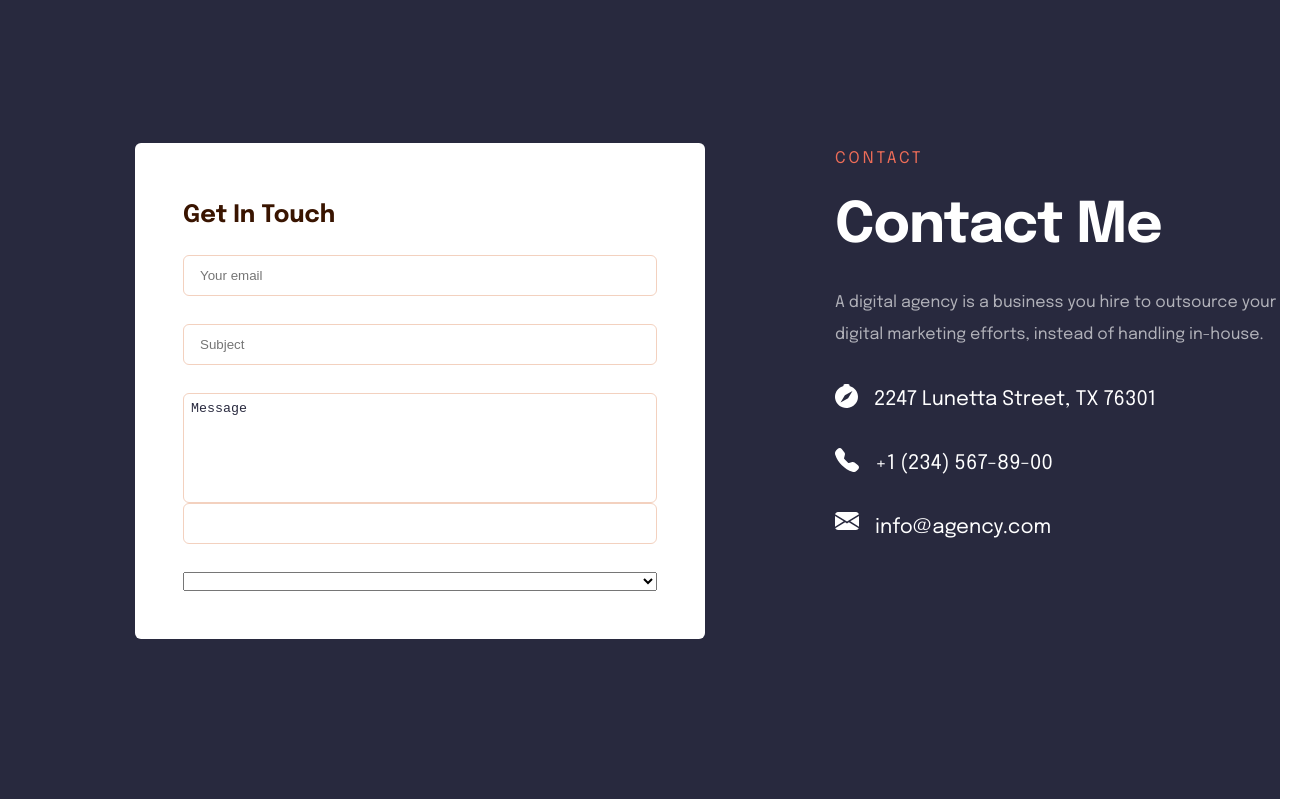
Repository: FaridRustamov09/task20
Page: index.html
An editor plug-in stored every save of this project. The page is shown before and after a run of saves, followed by the edit.
The browser window is 1280 px wide. The page is 1305 px wide, so the pictures cover 1305 px, including what lies to the right of the window. The pictures show the whole page.

Above is the page before, as saved 2024-01-13 14:41:29.

### index.html
<!DOCTYPE html>
<html lang="en">
  <head>
    <meta charset="UTF-8" />
    <meta name="viewport" content="width=device-width, initial-scale=1.0" />
    <title>Document</title>
    <link rel="stylesheet" href="index.css" />
  </head>
  <body>
    <div class="container">
      <div class="login">
        <b>Get In Touch</b>
        <input type="email" placeholder="Your email" />
        <!-- <label for="Subject">
      <select name="Subject" id="">
        <option value="Baku">Baku</option>
        <option value="Istanbul">Istanbul</option>
      </select>
      </label> -->
        <input type="text" placeholder="Subject" />
        <textarea name="" id=""  placeholder="Message" ></textarea>
        <input class="button" type="button" placeholder="Submit Now" />
        <select name="" id=""></select>
      </div>
      <div class="left-box">
        <h2>Contact</h2>
        <h1>Contact Me</h1>
        <p>
          A digital agency is a business you hire to outsource your digital
          marketing efforts, instead of handling in-house.
        </p>
        <ul>
          <li>
            <svg
              xmlns="http://www.w3.org/2000/svg"
              width="23"
              height="24"
              viewBox="0 0 23 24"
              fill="none"
            >
              <path
                fill-rule="evenodd"
                clip-rule="evenodd"
                d="M12.5128 23.9559C18.4476 23.4434 22.9991 18.5852 23 12.7619C22.9992 7.68681 19.5202 3.24133 14.5089 1.91219C14.6419 1.45966 14.5495 0.972375 14.2595 0.596433C13.9696 0.220491 13.5157 -0.000396111 13.034 0H9.9675C9.4858 -0.000396111 9.03192 0.220491 8.74193 0.596433C8.45195 0.972375 8.35958 1.45966 8.49253 1.91219C2.74205 3.43556 -0.865618 8.99957 0.179927 14.7325C1.22547 20.4654 6.57793 24.4683 12.5128 23.9559ZM17.4618 6.91176L17.465 6.90994L17.462 6.91144L17.4618 6.91176ZM17.4618 6.91176L9.87551 11.1479L5.53646 18.5674L13.126 14.3294L17.4618 6.91176Z"
                fill="white"
              />
            </svg>
            <h3>2247 Lunetta Street, TX 76301</h3>
          </li>
          <li>
            <svg
              xmlns="http://www.w3.org/2000/svg"
              width="24"
              height="24"
              viewBox="0 0 24 24"
              fill="none"
            >
              <path
                fill-rule="evenodd"
                clip-rule="evenodd"
                d="M2.82812 0.765296C3.35902 0.235151 4.09188 -0.0416708 4.84066 0.0050961C5.58945 0.051863 6.28217 0.417722 6.743 1.00981L9.43541 4.46897C9.92889 5.10349 10.1029 5.93003 9.9079 6.71007L9.08742 9.99522C9.00114 10.3413 9.10245 10.7073 9.35441 10.9598L13.0398 14.6454C13.2925 14.8979 13.6592 14.9993 14.0058 14.9124L17.2892 14.0919C18.0691 13.8969 18.8953 14.0711 19.5301 14.5644L22.989 17.2555C24.2324 18.2231 24.3464 20.0607 23.2335 21.1722L21.6825 22.7233C20.5726 23.8333 18.9136 24.3209 17.3672 23.7763C13.4091 22.3836 9.81531 20.1174 6.85249 17.146C3.88152 14.1834 1.61557 10.5899 0.222699 6.63206C-0.320284 5.08699 0.167201 3.42642 1.27717 2.31637L2.82812 0.765296Z"
                fill="white"
              />
            </svg>
            <h3>+1 (234) 567-89-00</h3>
          </li>
          <li>
            <svg
              xmlns="http://www.w3.org/2000/svg"
              width="24"
              height="18"
              viewBox="0 0 24 18"
              fill="none"
            >
              <path
                fill-rule="evenodd"
                clip-rule="evenodd"
                d="M3 0C1.60024 -9.42171e-05 0.386447 0.967828 0.075 2.3325L12 9.621L23.925 2.3325C23.6136 0.967828 22.3998 -9.42171e-05 21 0H3ZM0 14.7015V4.0455L8.7045 9.3645L0 14.7015ZM10.1415 10.245L0.2865 16.2855C0.78351 17.3335 1.84012 18.0011 3 18H21C22.1597 18.0003 23.2157 17.3321 23.712 16.284L13.857 10.2435L12 11.379L10.1415 10.2435V10.245ZM24 14.7015L15.2955 9.366V9.3645L24 4.0455V14.7015Z"
                fill="white"
              />
            </svg>
            <h3>info@agency.com</h3>
          </li>
        </ul>
      </div>
    </div>
  </body>
</html>

### index.css
@import url("https://fonts.googleapis.com/css2?family=Epilogue:ital,wght@0,400;0,700;1,800&family=Inter:wght@400;500;600;700&family=Roboto+Slab:wght@400;700&display=swap");
* {
  margin: 0;
  padding: 0;
  box-sizing: border-box;
}
.container {
  padding: 143px 135px 160px 135px;
  background-color: #28293e;
  min-height: 100vh;
  display: flex;
}
.login {
  width: 570px;
  height: 496px;
  border-radius: 6px;
  background: #fff;
  display: flex;
  flex-direction: column;
  padding: 57px 48px 48px 48px;
}
.login b {
  color: var(--Text_Dark, #391400);
  font-feature-settings:
    "clig" off,
    "liga" off;
  font-family: Epilogue;
  font-size: 24px;
  font-style: normal;
  font-weight: 700;
  line-height: 32px;
  margin-bottom: 23px;
}
.login input {
  width: 474px;
  height: 48px;
  border-radius: 6px;
  border: 1px solid #f3d1bf;
  background: #fff;
  margin-bottom: 28px;
  padding-left: 16px;
  outline: none;
}

textarea {
  width: 474px;
  height: 128px;
  border-radius: 6px;
  border: 1px solid #f3d1bf;
  background: #fff;
  resize: none;
  padding: 7px;
  outline: none;
}
textarea::placeholder {
  color: #28293e;
}
.button {
  width: 154px;
  height: 48px;
  border-radius: 6px;
  background: #ef6d58;
}
.left-box {
  margin-left: 130px;
}
.left-box h2 {
  color: var(--Text_Light_Accent, #ef6d58);
  font-feature-settings:
    "clig" off,
    "liga" off;
  font-family: Epilogue;
  font-size: 16px;
  font-style: normal;
  font-weight: 400;
  line-height: 32px;
  letter-spacing: 3px;
  text-transform: uppercase;
  margin-bottom: 20px;
}
.left-box h1 {
  color: var(--Text_Light, #fff);
  font-feature-settings:
    "clig" off,
    "liga" off;
  font-family: Epilogue;
  font-size: 56px;
  font-style: normal;
  font-weight: 800;
  line-height: 64px;
  letter-spacing: -1px;
  margin-bottom: 28px;
}
.left-box p {
  width: 470px;
  color: var(--Text_Light_Gray, rgba(255, 255, 255, 0.64));
  font-feature-settings:
    "clig" off,
    "liga" off;
  font-family: Epilogue;
  font-size: 16px;
  font-style: normal;
  font-weight: 400;
  line-height: 32px;
  margin-bottom: 33px;
}
ul {
  display: flex;
  flex-direction: column;
}
li {
  list-style-type: none;
  display: flex;
}
.left-box ul li h3 {
  color: var(--Text_Light, #fff);
  font-feature-settings:
    "clig" off,
    "liga" off;
  font-family: Epilogue;
  font-size: 20px;
  font-style: normal;
  font-weight: 400;
  line-height: 32px;
  margin-left: 16px;
  margin-bottom: 32px;
}
select{

}

After the next 2 saves:
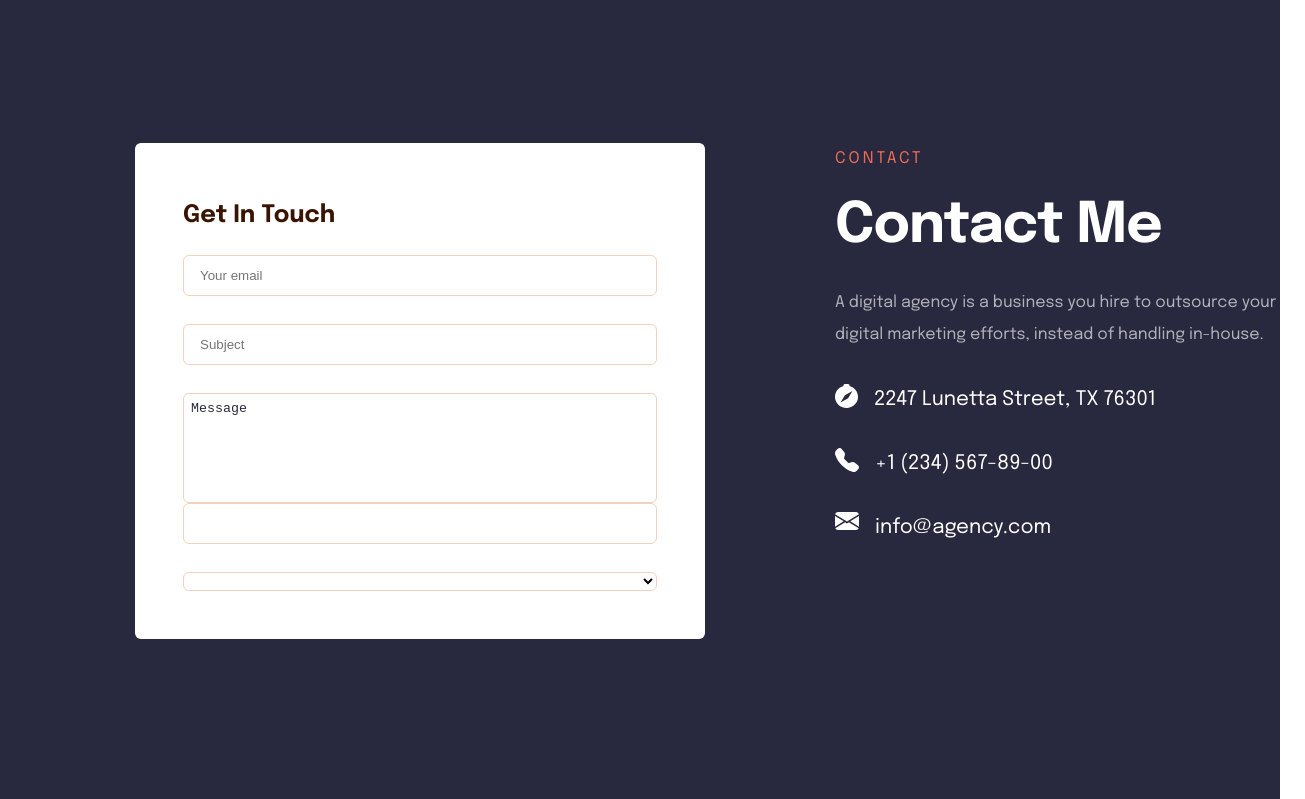
The 2 saves are shown as one change because they came seconds apart.
The last was saved 13 s later.
--- a/index.css
+++ b/index.css
@@ -126,5 +126,8 @@ li {
   margin-bottom: 32px;
 }
 select{
-
+  border-radius: 6px;
+border: 1px solid #F3D1BF;
+background: #FFF;
+width: ;
 }
